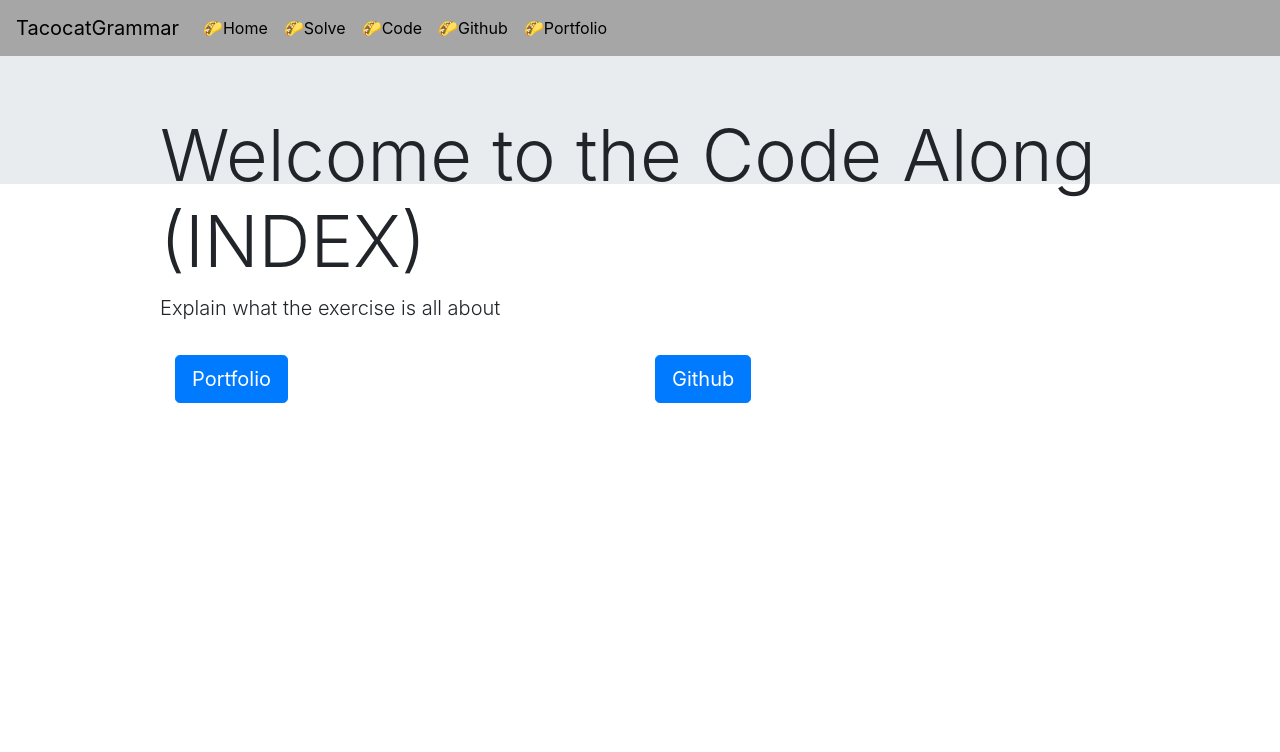
Repository: zhadjah9559/TacocatGrammar
Page: index.html
These files come from the project's save history. The page is drawn as it stood at one moment and after the next save; the edit follows.
The browser window is 1280 px wide. The pictures show the whole page.

Above is the page before, as saved 2021-01-14 20:07:39.

After the next save:
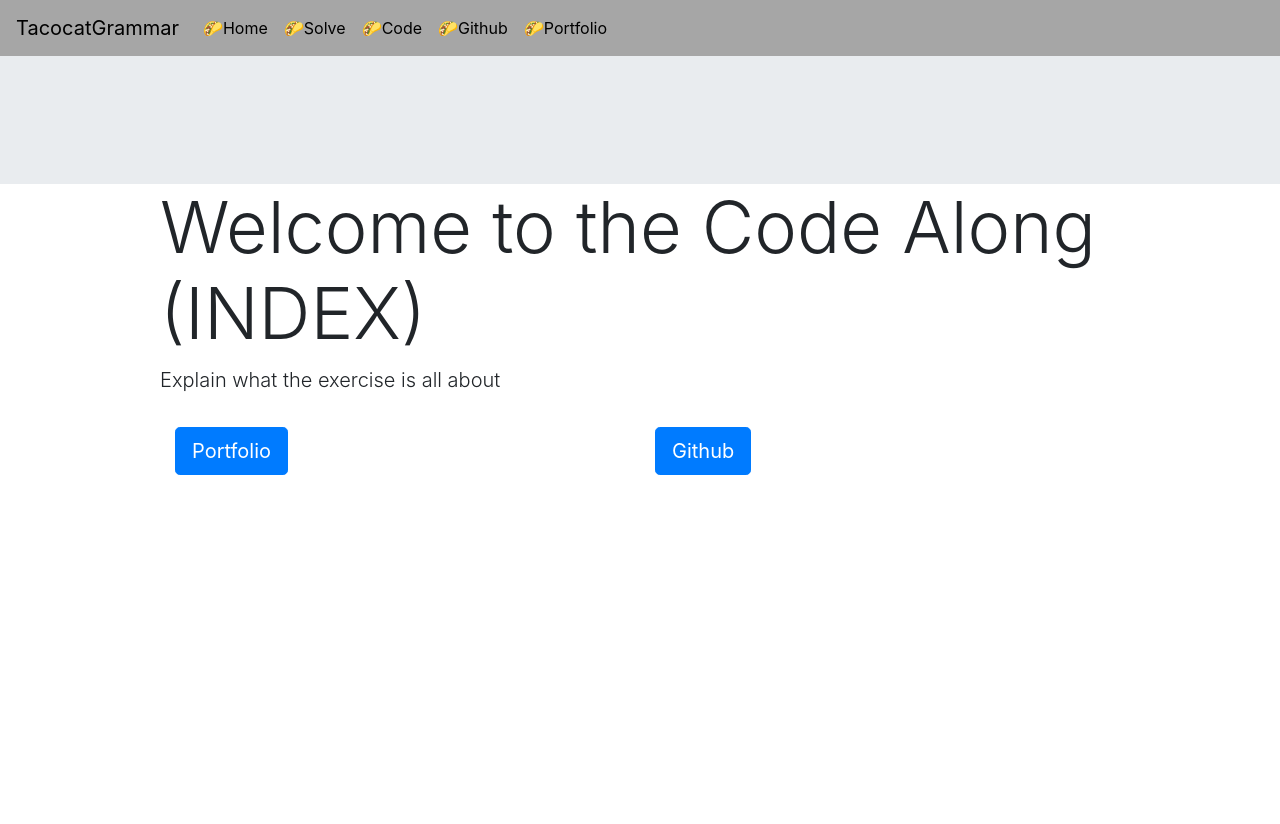
Saved 5 s later.
--- a/css/custom.css
+++ b/css/custom.css
@@ -16,7 +16,7 @@
     width:960px;
     height:640px;
     position:absolute;
-    top:60%;
+    top:70%;
     left:50%;
     margin-top:-320px;
     margin-left:-480px;
